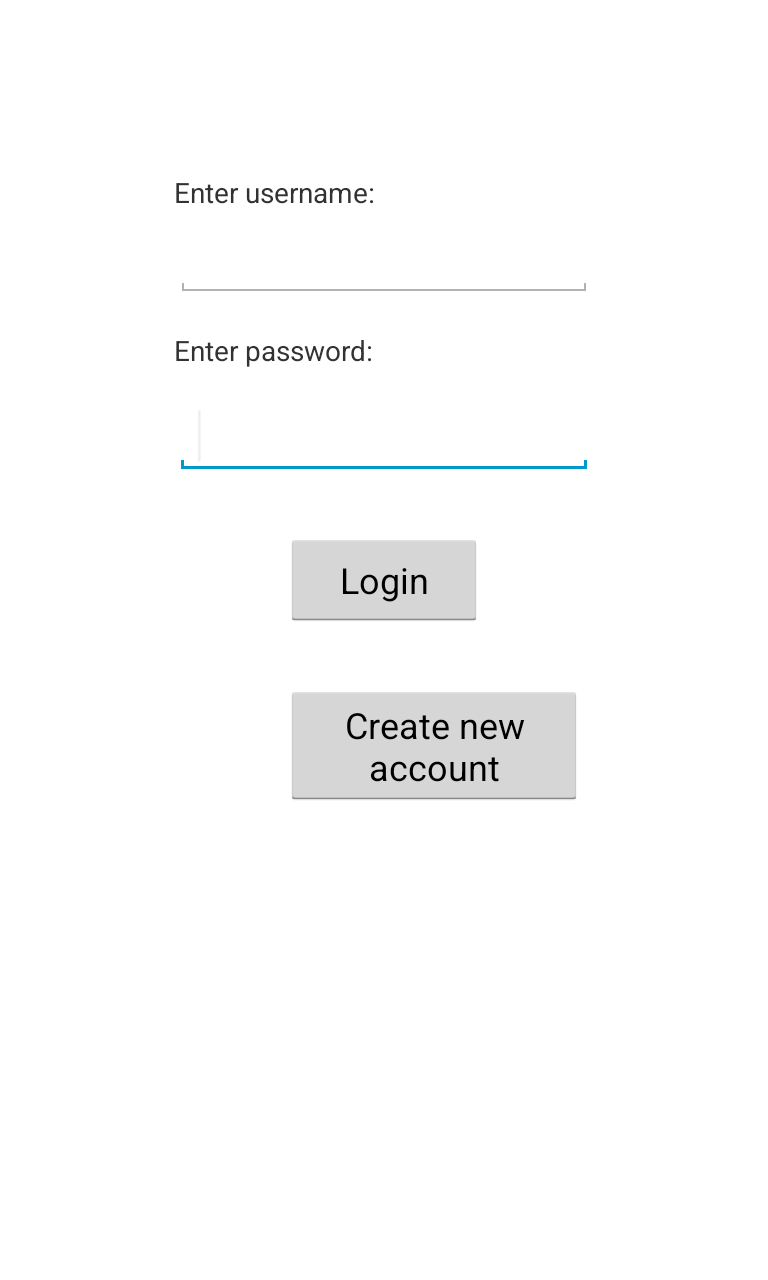
Repository: Codlex/JSMS
Layout: AndroidClient/res/layout/activity_main.xml
The author's editor kept a copy of each file at every save. The layout is drawn from the files as they stood at one save, then again after the next save.
It is drawn on a 768 x 1280 px phone screen (xhdpi) without system bars, with theme AppTheme; the app's code is not run.

Above is the layout before, as saved 2013-01-04 14:58:43.

### AndroidClient/res/layout/activity_main.xml
<RelativeLayout xmlns:android="http://schemas.android.com/apk/res/android"
    xmlns:tools="http://schemas.android.com/tools"
    android:layout_width="match_parent"
    android:layout_height="match_parent"
    tools:context=".MainActivity" >

    <TextView
        android:id="@+id/text1"
        android:layout_width="wrap_content"
        android:layout_height="wrap_content"
        android:layout_alignBottom="@+id/username"
        android:layout_alignLeft="@+id/username"
        android:layout_alignRight="@+id/username"
   		android:text="@string/username"
        android:layout_marginBottom="44dp" />

    <TextView
        android:id="@+id/text2"
        android:layout_width="wrap_content"
        android:layout_height="wrap_content"
        android:layout_alignLeft="@+id/username"
        android:layout_below="@+id/text1"
        android:layout_marginTop="16dp"
        android:text="@string/password" />

    <EditText
        android:id="@+id/username"
        android:layout_width="wrap_content"
        android:layout_height="wrap_content"
        android:layout_alignParentTop="true"
        android:layout_centerHorizontal="true"
        android:layout_marginTop="110dp"
        android:ems="10"
        android:inputType="textPersonName" />

    <EditText
        android:id="@+id/password"
        android:layout_width="wrap_content"
        android:layout_height="wrap_content"
        android:layout_alignLeft="@+id/text2"
        android:layout_below="@+id/text2"
        android:layout_marginTop="14dp"
        android:ems="10"
        android:inputType="textPassword" >

        <requestFocus />
    </EditText>

    <Button
        android:id="@+id/loginb"
        android:layout_width="100dp"
        android:layout_height="wrap_content"
        android:layout_below="@+id/password"
        android:layout_centerHorizontal="true"
        android:layout_marginTop="28dp"
        android:text="@string/login" />

    <Button
        android:id="@+id/registerb"
        android:layout_width="150dp"
        android:layout_height="wrap_content"
        android:layout_alignLeft="@+id/loginb"
        android:layout_below="@+id/loginb"
        android:layout_marginTop="28dp"
        android:text="@string/create_account" />

</RelativeLayout>

### AndroidClient/res/values/strings.xml
<?xml version="1.0" encoding="utf-8"?>
<resources>

    <string name="app_name">AndroidClient</string>
    <string name="hello_world">Hello world!</string>
    <string name="menu_settings">Settings</string>
    <string name="username">Enter username:</string>
    <string name="password">Enter password:</string>
    <string name="login">Login</string>
    <string name="register">Register</string>
	<string name="create_account">Create new account</string>
</resources>

Loaded but not shown: AndroidClient/res/values/styles.xml (common file); AndroidClient/res/values-v11/styles.xml (common file); AndroidClient/res/values-v14/styles.xml (common file)

After the next save:
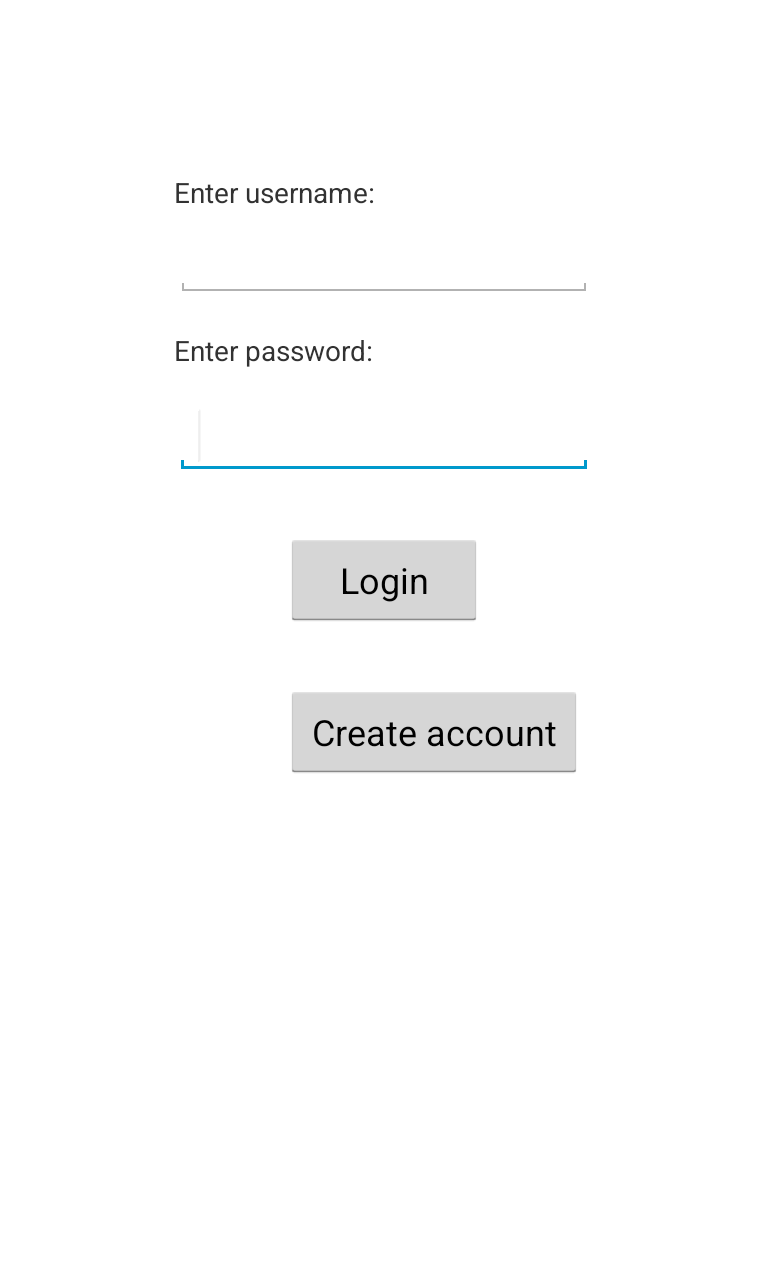
Saved 20 s later.
--- a/AndroidClient/res/values/strings.xml
+++ b/AndroidClient/res/values/strings.xml
@@ -8,5 +8,5 @@
     <string name="password">Enter password:</string>
     <string name="login">Login</string>
     <string name="register">Register</string>
-	<string name="create_account">Create new account</string>
+	<string name="create_account">Create account</string>
 </resources>
